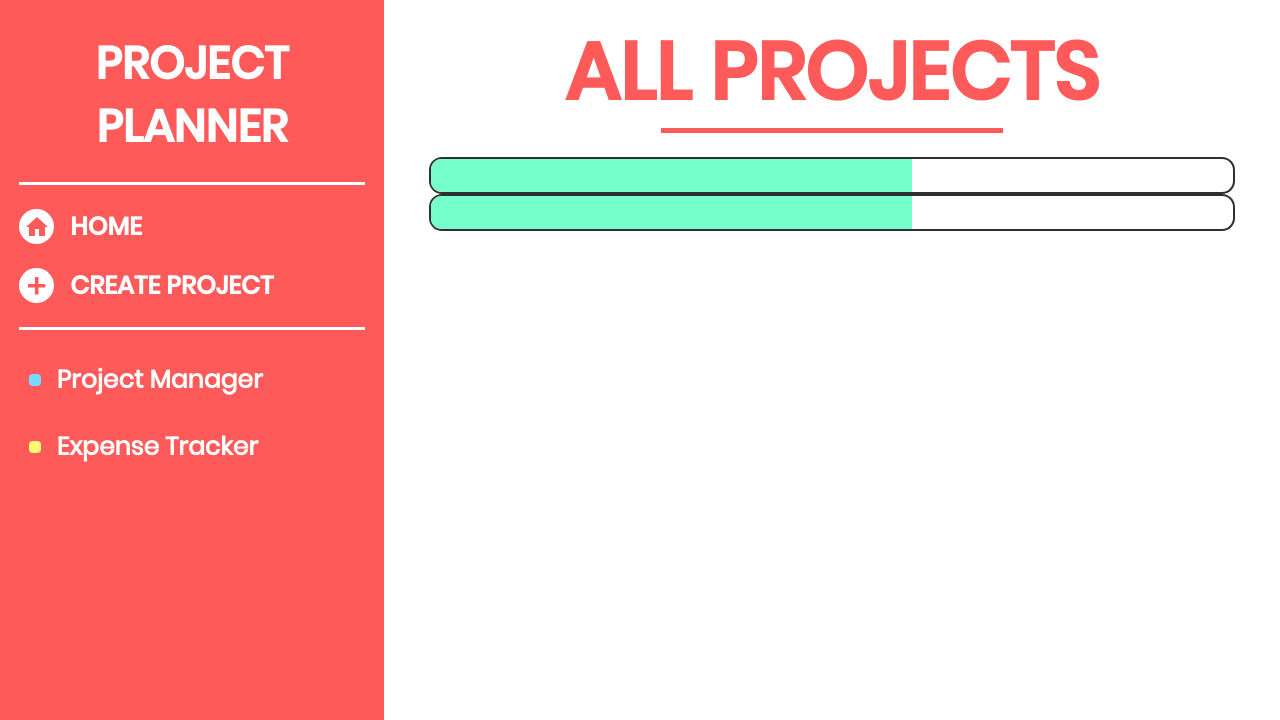
Repository: AzharMoosa/project-manager
Page: /
These files come from the project's save history. The page is drawn as it stood at one moment and after the next save; the edit follows.
The browser window is 1280 px wide. The pictures show the whole page.
The project was rebuilt for these pictures with package versions that can differ from the ones it lists, and the page was loaded fresh each time.

Above is the page before, as saved 2020-06-22 11:04:46.

After the next save:
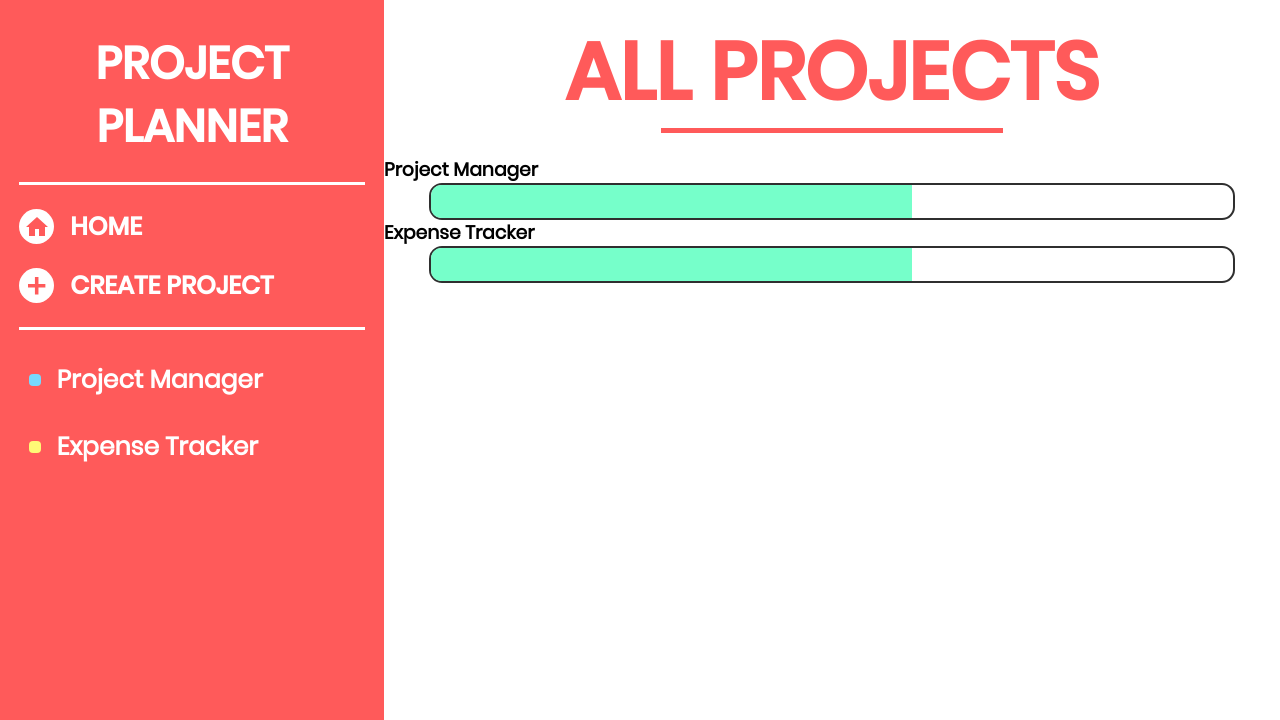
Saved 8 s later.
--- a/src/components/home/ProgectProgress.js
+++ b/src/components/home/ProgectProgress.js
@@ -5,7 +5,7 @@ const ProgectProgress = ({ name, date, progress }) => {
   return (
     <div className='project-progress'>
       <div className='project-title'>
-        <h3></h3>
+        <h3>{name}</h3>
       </div>
       <ProgressBar />
     </div>
